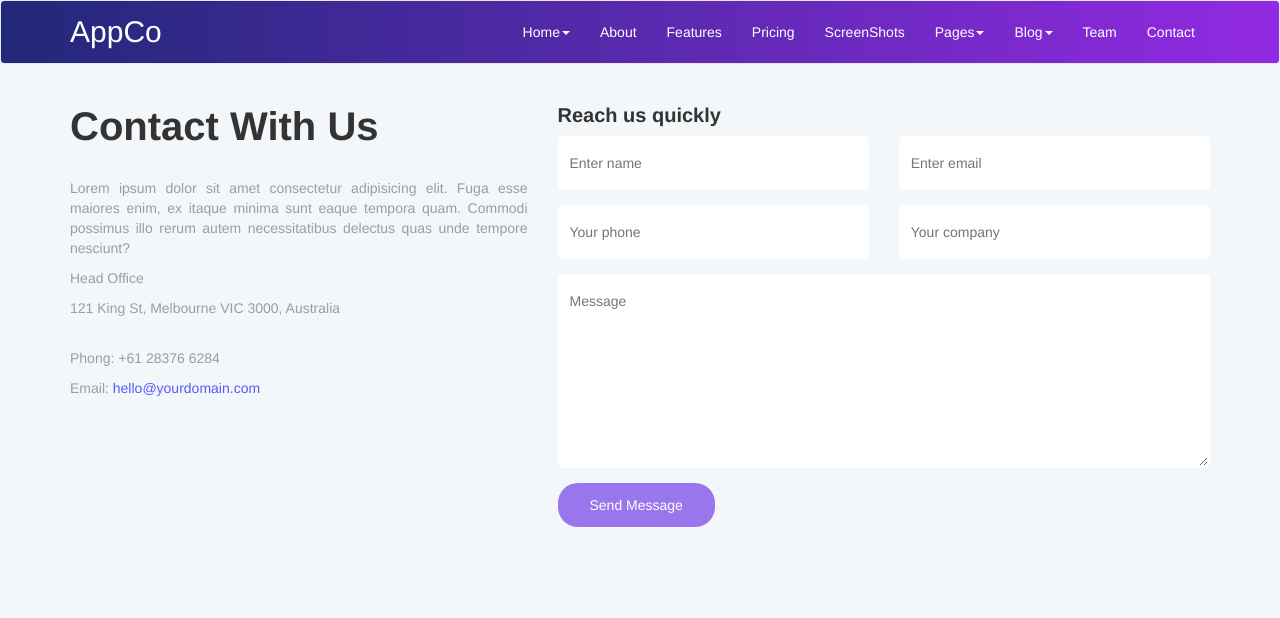
Repository: kaza1509/checkform
Page: index.html
These files come from the project's save history. The page is drawn as it stood at one moment and after the next save; the edit follows.
The browser window is 1280 px wide. The pictures show the whole page.

Above is the page before, as saved 2021-12-08 19:37:55.

### index.html
<!DOCTYPE html>
<html lang="en">
<head>
    <meta charset="UTF-8">
    <meta http-equiv="X-UA-Compatible" content="IE=edge">
    <meta name="viewport" content="width=device-width, initial-scale=1.0">
    <link rel="stylesheet" href="main.css">

    <link rel="shortcut icon" href="https://github.githubassets.com/pinned-octocat.svg" type="image/x-icon">

    <link rel="stylesheet" href="https://maxcdn.bootstrapcdn.com/bootstrap/3.3.7/css/bootstrap.min.css" integrity="sha384-BVYiiSIFeK1dGmJRAkycuHAHRg32OmUcww7on3RYdg4Va+PmSTsz/K68vbdEjh4u" crossorigin="anonymous">

    <link href="//fonts.googleapis.com/css?family=Roboto:300,400,700&subset=vietnamese" rel="stylesheet">

    <title>AppCo</title>
</head>
<body>

    <nav class="navbar navbar-default header">
        <div class="container" id="modi">
          <!-- Brand and toggle get grouped for better mobile display -->
          <div class="navbar-header">
            <button type="button" class="navbar-toggle collapsed" data-toggle="collapse" data-target="#bs-example-navbar-collapse-1" aria-expanded="false">
              <span class="sr-only">Toggle navigation</span>
              <span class="icon-bar"></span>
              <span class="icon-bar"></span>
              <span class="icon-bar"></span>
            </button>
            <a class="navbar-brand" id="logo" href="#">AppCo</a>
          </div>

          <!-- Collect the nav links, forms, and other content for toggling -->
          <div class="collapse navbar-collapse" id="bs-example-navbar-collapse-1">
            <ul class="nav navbar-nav navbar-right">
              <li class="dropdown">
                <a href="#" class="dropdown-toggle" data-toggle="dropdown" role="button" aria-haspopup="true" aria-expanded="false">Home<span class="caret"></span></a>
                <ul class="dropdown-menu">
                  <li><a href="#">Action</a></li>
                  <li><a href="#">Another action</a></li>
                  <li><a href="#">Something else here</a></li>
                  <li role="separator" class="divider"></li>
                  <li><a href="#">Separated link</a></li>
                </ul>
              </li>

              <li ><a href="#">About</a></li>
              <li><a href="#">Features</a></li>
              <li><a href="#">Pricing</a></li>
              <li><a href="#">ScreenShots</a></li>

              <li class="dropdown">
                <a href="#" class="dropdown-toggle" data-toggle="dropdown" role="button" aria-haspopup="true" aria-expanded="false">Pages<span class="caret"></span></a>
                <ul class="dropdown-menu">
                  <li><a href="#">Action</a></li>
                  <li><a href="#">Another action</a></li>
                  <li><a href="#">Something else here</a></li>
                  <li role="separator" class="divider"></li>
                  <li><a href="#">Separated link</a></li>
                </ul>
              </li>

              <li class="dropdown">
                <a href="#" class="dropdown-toggle" data-toggle="dropdown" role="button" aria-haspopup="true" aria-expanded="false">Blog<span class="caret"></span></a>
                <ul class="dropdown-menu">
                  <li><a href="#">Action</a></li>
                  <li><a href="#">Another action</a></li>
                  <li><a href="#">Something else here</a></li>
                  <li role="separator" class="divider"></li>
                  <li><a href="#">Separated link</a></li>
                </ul>
              </li>

              <li><a href="#">Team</a></li>
              <li><a href="#">Contact</a></li>

            </ul>
          </div><!-- /.navbar-collapse -->
        </div><!-- /.container-fluid -->
    </nav>

    <div class="container content">
        <div class="row">
            <div class="col-sm-5">
                <h1>Contact With Us</h1>
                <br>
                <p>Lorem ipsum dolor sit amet consectetur adipisicing elit. Fuga esse maiores enim, ex itaque minima sunt eaque tempora quam. Commodi possimus illo rerum autem necessitatibus delectus quas unde tempore nesciunt?</p>
                <p>Head Office</p>
                <p>121 King St, Melbourne VIC 3000, Australia</p>
                <br>
                <p>Phong: +61 28376 6284</p>
                <p>
                    <span>Email: </span>
                    <span style="color: rgba(0, 0, 255, 0.644);">hello@yourdomain.com</span>
                </p>
            </div>

            <div class="col-sm-7">
                <div class="row">
                    <div class="col-sm-12">
                        <h4>Reach us quickly</h4>
                    </div>
                </div>
                <form action="">
                    <div class="row">
                        <div class="col-sm-6">
                            <input id="name" type="text" placeholder="Enter name">
                            <div id="inName" class="invalid">Empty name</div>
                        </div>
                        <div class="col-sm-6">
                            <input id="email" type="email" placeholder="Enter email">
                            <div id="inEmail" class="invalid">Empty email</div>
                        </div>
                    </div>

                    <div class="row">
                        <div class="col-sm-6">
                            <input id="phone" type="text" placeholder="Your phone">
                            <div id="inPhone" class="invalid">Empty phone</div>
                        </div>
                        <div class="col-sm-6">
                            <input id="company" type="text" placeholder="Your company">
                            <div id="inCompany" class="invalid">Empty company</div>
                        </div>
                    </div>

                    <div class="row">
                        <div class="col-sm-12">
                            <textarea id="message" name="" id="" cols="70" rows="8" placeholder="Message"></textarea>

                            <div class=" invalid" id="inTextarea">Empty Message</div>
                        </div>
                    </div>
                    <div class="row">
                        <div class="col-sm-12">
                            <button id="button">Send Message</button>

                            <div class="alert alert-success" id="noti" role="alert">
                                <h4 class="alert-heading">Well done!</h4>
                                <p>Aww yeah, you successfully read this important alert message. This example text is going to run a bit longer so that you can see how spacing within an alert works with this kind of content.</p>
                                <hr>
                                <p class="mb-0">Whenever you need to, be sure to use margin utilities to keep things nice and tidy.</p>
                            </div>

                        </div>
                    </div>
                </form>
            </div>
        </div>
    </div>



</body>

<!-- <script src="https://maxcdn.bootstrapcdn.com/bootstrap/3.3.7/js/bootstrap.min.js" integrity="sha384-Tc5IQib027qvyjSMfHjOMaLkfuWVxZxUPnCJA7l2mCWNIpG9mGCD8wGNIcPD7Txa" crossorigin="anonymous"></script> -->

<script src="./main.js"></script>
</html>

### main.css
* {
    padding: 0;
    margin: 0;
    box-sizing: border-box;
}

:root {
    --height-header: 70px
}

body {
    font-family: Roboto, sans-serif;
    background-color: #F4F7FA!important;
}

.header {
    padding: 6px 0;
    background-image: linear-gradient(90deg, #212879, #922AE3);
}

#modi a {
    display: inline-block;
    color: #fff;
}

#logo {
    font-size: 30px;
}

.content h1 {
    font-weight: bold;
    font-size: 40px;
}

.content p, .content span {
    color: rgb(158, 156, 156);
    text-align: justify;
}

.content h4 {
    font-size: 20px;
    font-weight: bold;
    padding-top: 10px;
}

.content input, .content textarea {
    width: 100%;
    padding: 15px 10px;
    outline: none;
    border: 2px solid transparent;
    font-size: 14px;
    background-color: #fff;
    /* margin-bottom: 15px; */
    border-radius: 5px;
}

.invalid {
    margin-top: 4px;
    color: red;
    display: none;
}

#phone, #company, .content textarea {
    margin-top: 15px;
}

.content button {
    color: #fff;
    background: #9976EB;
    border-radius: 20px;
    padding: 10px 30px;
    margin-top: 10px;
    border: 2px solid transparent;
    outline: none;
}

.content input:focus {
    border: 2px solid #9976EB;
}

.content button:hover {
    border: 2px solid #9976EB;
    background-color: transparent;
    color: rgb(170, 170, 170);
}

@media screen and (max-width: 768px) {
    #email {
        margin-top: 10px;
    }
    #button {
        width: 100%;
        margin-bottom: 100px;
    }
}

#noti {
    margin-top: 15px;
    display: none;
}

### main.js
let button = document.getElementById('button')

let inName = document.getElementById('inName')
let inEmail = document.getElementById('inEmail')
let inPhone = document.getElementById('inPhone')
let inCompany = document.getElementById('inCompany')
let inTextarea = document.getElementById('inTextarea')

let name = document.getElementById('name')
let email = document.getElementById('email')
let phone = document.getElementById('phone')
let company = document.getElementById('company')
let textarea = document.getElementById('message')

let borderSucess = '2px solid green'
let borderFail =  '2px solid red'
let success = []

button.addEventListener('click', () => {

    //======== check phần input name ==========
    if(name.value == '') {
        inName.style.display = 'block'
        name.style.border = borderFail
    }
    else {
        let pattern = /^[a-zA-Z ]+$/gi
        //đúng
        if(pattern.test(name.value)) {
            //không vượt quá 32 kí tự
            if(name.value.length < 6 || name.value.length > 32) {
                name.style.border = borderFail
                inName.innerHTML = 'Name must have 6 to 32 character'
                inName.style.display = 'block'
            }
            else {
                name.style.border = borderSucess
                inName.style.display = 'none'
                success.push(0)
            }
        }
        //sai
        else {
            name.style.border = borderFail
            inName.innerHTML = 'Wrong format'
            inName.style.display = 'block'
        }
    }

    //======== check phần input email ==========

    if(email.value == '') {
        inEmail.style.display = 'block'
        email.style.border = borderFail
    }
    else {
        let pattern = /^[a-z]{1}[a-zA-Z0-9]+@([a-z]+.)+$/gi
        if(pattern.test(email.value)) {
            //không vượt quá 32 kí tự
            if(email.value.length > 32) {
                email.style.border = borderFail
                inEmail.innerHTML = 'Email not over 32 character'
                inEmail.style.display = 'block'
            }
            else {
                email.style.border = borderSucess
                inEmail.style.display = 'none'
                success.push(0)
            }
        }
        else {
            email.style.border = borderFail
            inEmail.innerHTML = 'Wrong format'
            inEmail.style.display = 'block'
        }

    }

    //======== check phần input phone ==========

    if(phone.value == '') {
        inPhone.style.display = 'block'
        phone.style.border = borderFail
    }
    else {
        let pattern = /^0[0-9]{8,9}/gi
        if(pattern.test(phone.value)) {
            phone.style.border = borderSucess
            inPhone.style.display = 'none'
            success.push(0)
        }
        else {
            phone.style.border = borderFail
            inPhone.innerHTML = 'Phone has 9 or 10 number'
            inPhone.style.display = 'block'
        }
    }

    //======== check phần input company ==========

    if(company.value == '') {
        inCompany.style.display = 'block'
        company.style.border = borderFail
    }
    else {
        let pattern = /company(_[a-zA-Z0-9]+)+$/gi
        if(pattern.test(company.value)) {
            company.style.border = borderSucess
            inCompany.style.display = 'none'
            success.push(0)
        }
        else {
            company.style.border = borderFail
            inCompany.innerHTML = 'Wrong format. It must be COMPANY_XXX'
            inCompany.style.display = 'block'
        }
    }

    //======== check phần input message ==========
    if(textarea.value == '') {
        inTextarea.style.display = 'block'
        textarea.style.border =  borderFail
    }
    else {
        inTextarea.style.display = 'none'
        textarea.style.border =  borderSucess
        success.push(0)
    }
    if(success.length == 5) {
        let noti = document.getElementById('noti')
        noti.style.display = 'block'
        //--------------------------------------

    }
})

button.addEventListener('click', (e) => {
    e.preventDefault()
})

After the next save:
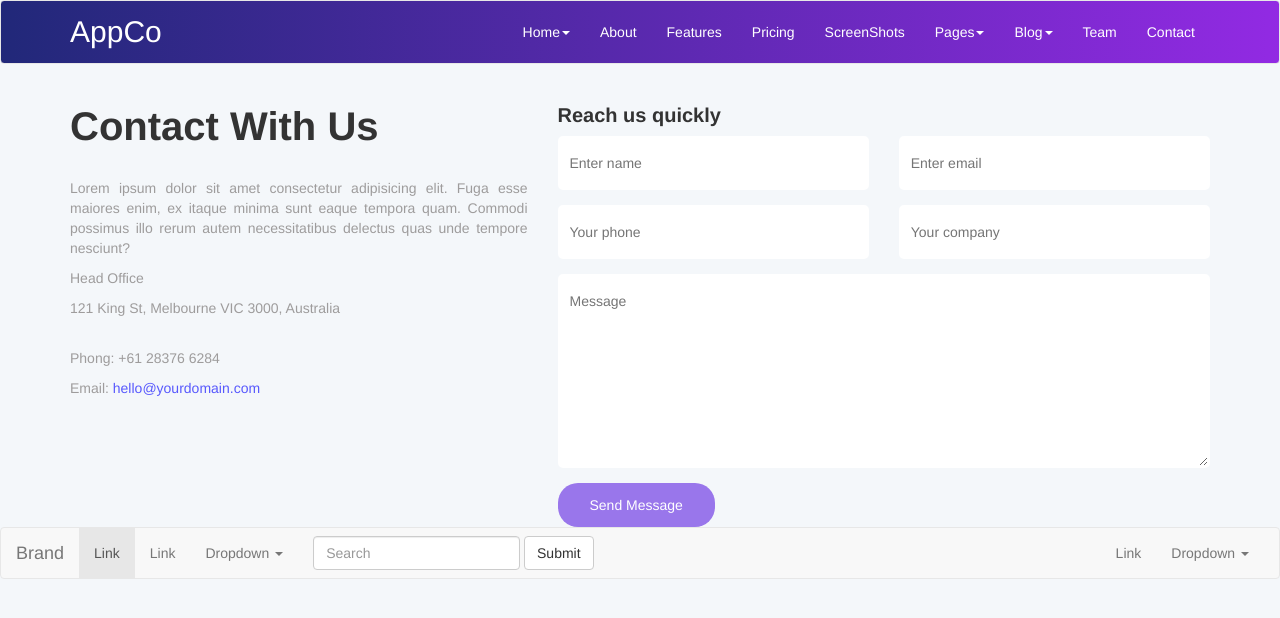
Saved 8 s later.
--- a/index.html
+++ b/index.html
@@ -148,7 +148,59 @@
         </div>
     </div>
 
-
+    <nav class="navbar navbar-default">
+      <div class="container-fluid">
+        <!-- Brand and toggle get grouped for better mobile display -->
+        <div class="navbar-header">
+          <button type="button" class="navbar-toggle collapsed" data-toggle="collapse" data-target="#bs-example-navbar-collapse-1" aria-expanded="false">
+            <span class="sr-only">Toggle navigation</span>
+            <span class="icon-bar"></span>
+            <span class="icon-bar"></span>
+            <span class="icon-bar"></span>
+          </button>
+          <a class="navbar-brand" href="#">Brand</a>
+        </div>
+
+        <!-- Collect the nav links, forms, and other content for toggling -->
+        <div class="collapse navbar-collapse" id="bs-example-navbar-collapse-1">
+          <ul class="nav navbar-nav">
+            <li class="active"><a href="#">Link <span class="sr-only">(current)</span></a></li>
+            <li><a href="#">Link</a></li>
+            <li class="dropdown">
+              <a href="#" class="dropdown-toggle" data-toggle="dropdown" role="button" aria-haspopup="true" aria-expanded="false">Dropdown <span class="caret"></span></a>
+              <ul class="dropdown-menu">
+                <li><a href="#">Action</a></li>
+                <li><a href="#">Another action</a></li>
+                <li><a href="#">Something else here</a></li>
+                <li role="separator" class="divider"></li>
+                <li><a href="#">Separated link</a></li>
+                <li role="separator" class="divider"></li>
+                <li><a href="#">One more separated link</a></li>
+              </ul>
+            </li>
+          </ul>
+          <form class="navbar-form navbar-left">
+            <div class="form-group">
+              <input type="text" class="form-control" placeholder="Search">
+            </div>
+            <button type="submit" class="btn btn-default">Submit</button>
+          </form>
+          <ul class="nav navbar-nav navbar-right">
+            <li><a href="#">Link</a></li>
+            <li class="dropdown">
+              <a href="#" class="dropdown-toggle" data-toggle="dropdown" role="button" aria-haspopup="true" aria-expanded="false">Dropdown <span class="caret"></span></a>
+              <ul class="dropdown-menu">
+                <li><a href="#">Action</a></li>
+                <li><a href="#">Another action</a></li>
+                <li><a href="#">Something else here</a></li>
+                <li role="separator" class="divider"></li>
+                <li><a href="#">Separated link</a></li>
+              </ul>
+            </li>
+          </ul>
+        </div><!-- /.navbar-collapse -->
+      </div><!-- /.container-fluid -->
+    </nav>
 
 </body>
 

After the 3 saves that followed:
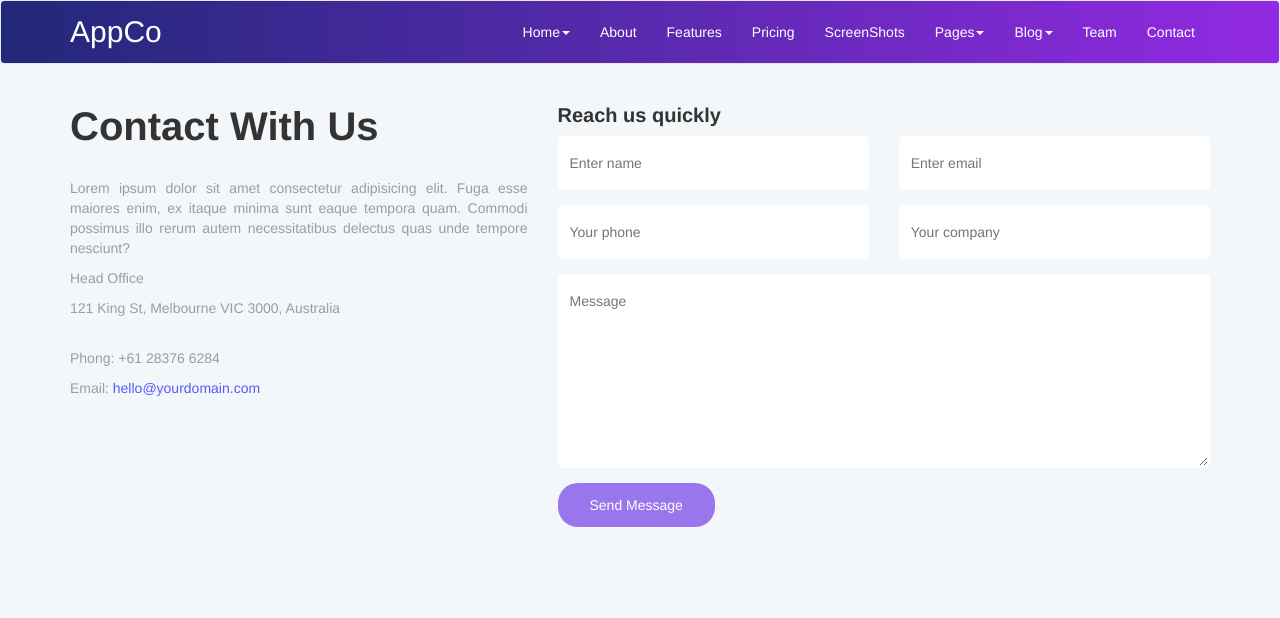
The 3 saves are shown as one change because they came seconds apart.
The last was saved 14 s later.
--- a/index.html
+++ b/index.html
@@ -148,60 +148,6 @@
         </div>
     </div>
 
-    <nav class="navbar navbar-default">
-      <div class="container-fluid">
-        <!-- Brand and toggle get grouped for better mobile display -->
-        <div class="navbar-header">
-          <button type="button" class="navbar-toggle collapsed" data-toggle="collapse" data-target="#bs-example-navbar-collapse-1" aria-expanded="false">
-            <span class="sr-only">Toggle navigation</span>
-            <span class="icon-bar"></span>
-            <span class="icon-bar"></span>
-            <span class="icon-bar"></span>
-          </button>
-          <a class="navbar-brand" href="#">Brand</a>
-        </div>
-
-        <!-- Collect the nav links, forms, and other content for toggling -->
-        <div class="collapse navbar-collapse" id="bs-example-navbar-collapse-1">
-          <ul class="nav navbar-nav">
-            <li class="active"><a href="#">Link <span class="sr-only">(current)</span></a></li>
-            <li><a href="#">Link</a></li>
-            <li class="dropdown">
-              <a href="#" class="dropdown-toggle" data-toggle="dropdown" role="button" aria-haspopup="true" aria-expanded="false">Dropdown <span class="caret"></span></a>
-              <ul class="dropdown-menu">
-                <li><a href="#">Action</a></li>
-                <li><a href="#">Another action</a></li>
-                <li><a href="#">Something else here</a></li>
-                <li role="separator" class="divider"></li>
-                <li><a href="#">Separated link</a></li>
-                <li role="separator" class="divider"></li>
-                <li><a href="#">One more separated link</a></li>
-              </ul>
-            </li>
-          </ul>
-          <form class="navbar-form navbar-left">
-            <div class="form-group">
-              <input type="text" class="form-control" placeholder="Search">
-            </div>
-            <button type="submit" class="btn btn-default">Submit</button>
-          </form>
-          <ul class="nav navbar-nav navbar-right">
-            <li><a href="#">Link</a></li>
-            <li class="dropdown">
-              <a href="#" class="dropdown-toggle" data-toggle="dropdown" role="button" aria-haspopup="true" aria-expanded="false">Dropdown <span class="caret"></span></a>
-              <ul class="dropdown-menu">
-                <li><a href="#">Action</a></li>
-                <li><a href="#">Another action</a></li>
-                <li><a href="#">Something else here</a></li>
-                <li role="separator" class="divider"></li>
-                <li><a href="#">Separated link</a></li>
-              </ul>
-            </li>
-          </ul>
-        </div><!-- /.navbar-collapse -->
-      </div><!-- /.container-fluid -->
-    </nav>
-
 </body>
 
 <!-- <script src="https://maxcdn.bootstrapcdn.com/bootstrap/3.3.7/js/bootstrap.min.js" integrity="sha384-Tc5IQib027qvyjSMfHjOMaLkfuWVxZxUPnCJA7l2mCWNIpG9mGCD8wGNIcPD7Txa" crossorigin="anonymous"></script> -->
